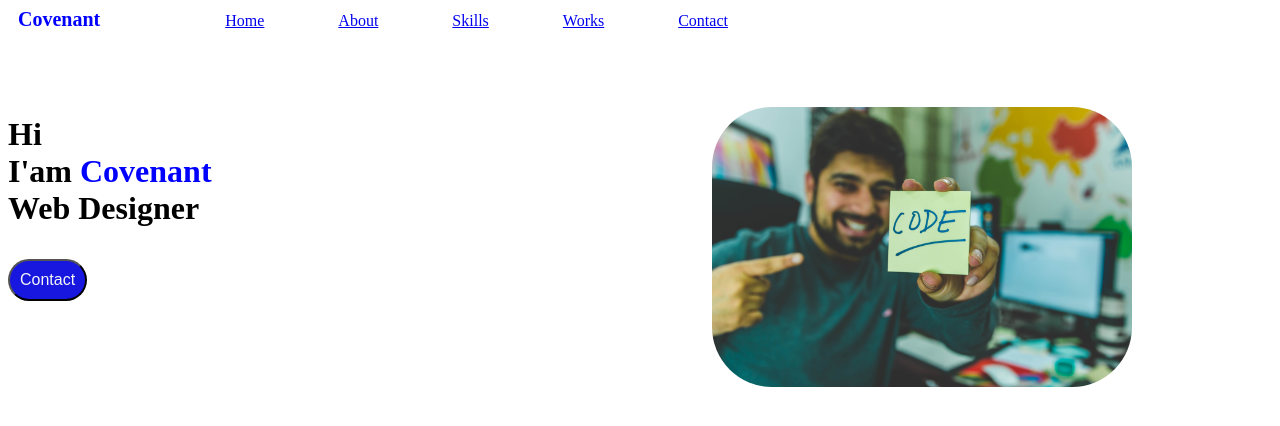
Repository: Tobby004/bdc-assignment-1
Page: index.html
An editor plug-in stored every save of this project. The page is shown before and after the next save, followed by the edit.
The browser window is 1280 px wide. The pictures show the whole page.

Above is the page before, as saved 2023-02-09 10:40:06.

After the next save:
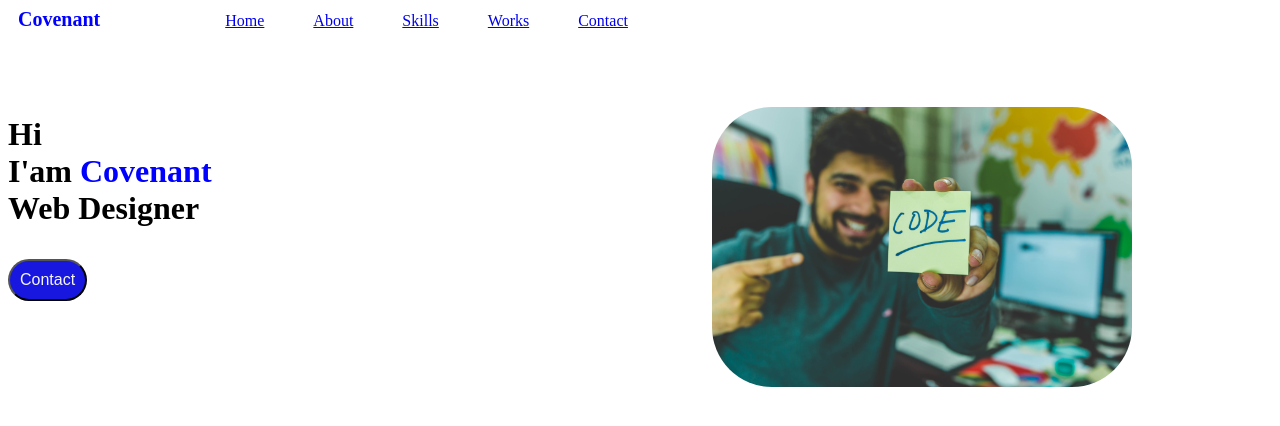
Saved 85 s later.
--- a/task.css
+++ b/task.css
@@ -18,6 +18,7 @@ header a {
     max-width: 500%;
     margin-inline-end: 50px;
     padding: 10px;
+    margin-right: 25px;
 
 }
 img{
